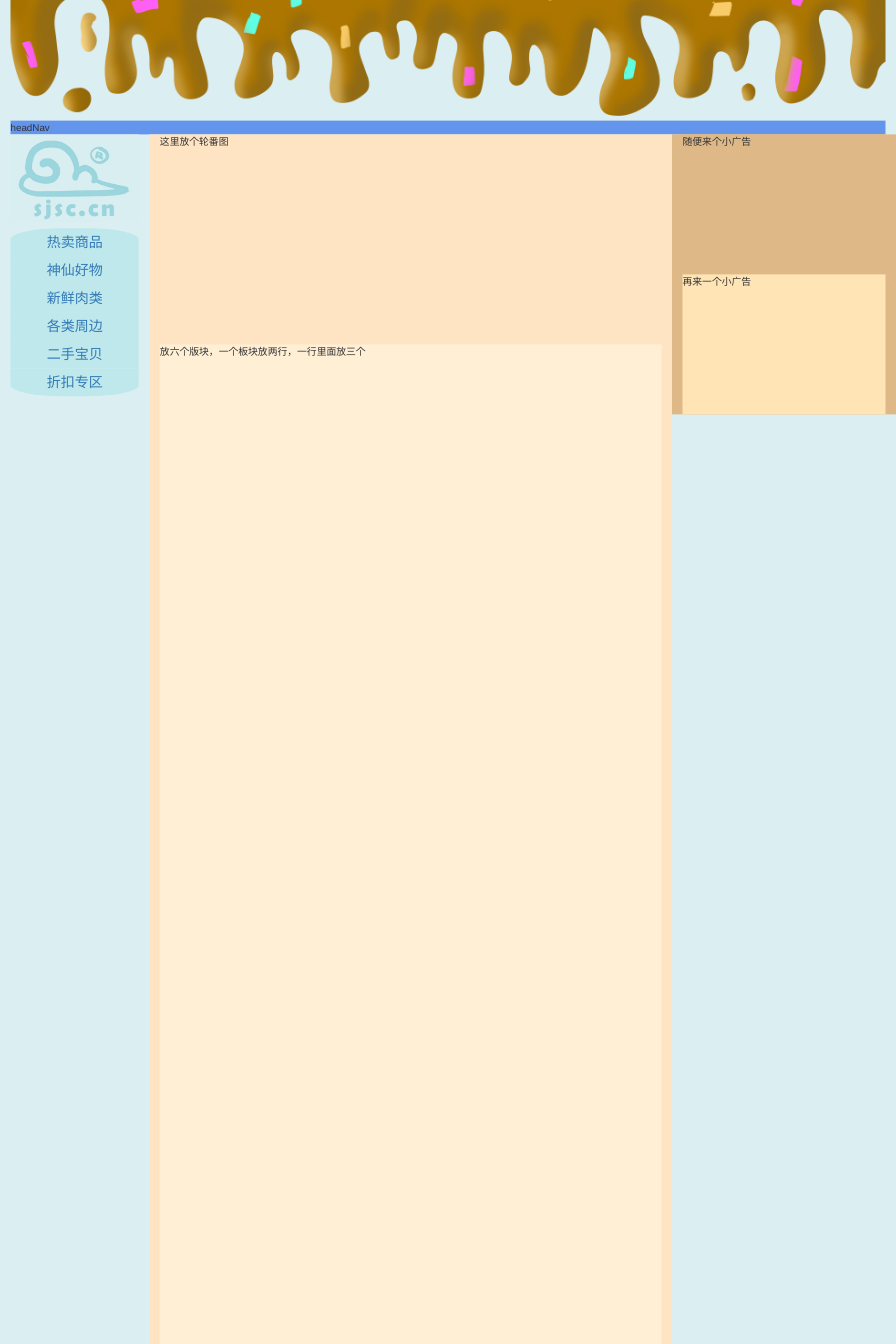
Repository: 15378517762/zxy
Page: html/index.html
These files come from the project's save history. The page is drawn as it stood at one moment and after the next save; the edit follows.
The browser window is 1280 px wide. The pictures show the part of the page from y = 0 to 1920 px (the page is 3392 px tall), at 70% of full size.

Above is the page before, as saved 2021-05-28 21:32:05.

### html/index.html
<!DOCTYPE html>
<html lang="en">
<head>
	<meta charset="UTF-8">
	<meta name="viewport" content="width=device-width, initial-scale=1.0">
	<title>Document</title>

	<!--[if lt IE 9]>
      <script src="https://cdn.jsdelivr.net/npm/html5shiv@3.7.3/dist/html5shiv.min.js"></script>
      <script src="https://cdn.jsdelivr.net/npm/respond.js@1.4.2/dest/respond.min.js"></script>
    <![endif]-->

	<link rel="stylesheet" href="../bootstrap/css/bootstrap.min.css">
	<script src="../js/jquery-3.6.0.min.js"></script>
	<link rel="stylesheet" href="../css/index.css">
	<link rel="icon" href="../img/logo.jpg">
</head>
<body>
	<div class="container">
		<img src="../img/headpic.png" class="headpic" alt="">

		<div class="headNav">headNav</div>
		<div class="row">
			<header class="col-md-2">
				<div class="logo">
					<img src="../img/logo2.jpg" alt="">
				</div>
				<div class="sideNav">
					<ul>
						<li><a href="">热卖商品</a></li>
						<li><a href="">神仙好物</a></li>
						<li><a href="">新鲜肉类</a></li>
						<li><a href="">各类周边</a></li>
						<li><a href="">二手宝贝</a></li>
						<li><a href="">折扣专区</a></li>
					</ul>
				</div>
			</header>

			<article class="col-md-7">
				<div class="lunfan">这里放个轮番图</div>
				<div class="commodity">放六个版块，一个板块放两行，一行里面放三个</div>
			</article>

			<aside class="col-md-3">
				<div class="ad1">随便来个小广告</div>
				<div class="ad2">再来一个小广告</div>
			</aside>
		</div>

		<div class="footer">放个底图</div>
	</div>


</body>
</html>

### css/index.css
@media screen and (min-width: 1280px) {
    .container {
        width: 1280px;
    }
}

body {
    background-color: #dbeff2;
}

.headNav {
    background-color: cornflowerblue;
}

.sideNav ul {
    padding: 0;
}

.sideNav li{
    height: 40px;
    list-style-type: none;
    background-color: rgb(190, 232, 235);
    text-align: center;
}

.sideNav li:hover {
    cursor: pointer;
}

.sideNav ul :nth-child(1):hover {
    background-color: rgb(103, 151, 255);
}

.sideNav ul :nth-child(2):hover {
    background-color: rgb(121, 163, 255);
}

.sideNav ul :nth-child(3):hover {
    background-color: rgb(151, 184, 255);
}

.sideNav ul :nth-child(4):hover {
    background-color: rgb(181, 204, 255);
}

.sideNav ul :nth-child(5):hover {
    background-color: rgb(199, 216, 252);
}

.sideNav ul :nth-child(6):hover {
    background-color: rgb(214, 227, 255);
}
.sideNav li a {
    font-size: 20px;
    line-height: 40px;
    text-align: center;
    text-decoration: none;
}

.sideNav ul :nth-child(1) {
    margin-top: 10px;
    border-radius: 40% 40% 0 0;
}

.sideNav ul :nth-last-child(1) {
    border-radius: 0 0 40% 40%;
}

.headpic {
    width: 100%;
}

.logo img {
    width: 100%;
}

article {
    background-color: bisque;
}

.lunfan {
    height: 300px;
}

.commodity {
    height: 2800px;
    background-color: papayawhip;
}

aside {
    background-color: burlywood;
}

.ad1 {
    height: 200px;
    background-color: burlywood;
}

.ad2 {
    height: 200px;
    background-color: moccasin;
}

.footer {
    height: 100px;
    background-color: peachpuff;
}

Loaded but not shown: bootstrap/css/bootstrap.min.css (library); js/jquery-3.6.0.min.js (library)

After the next save:
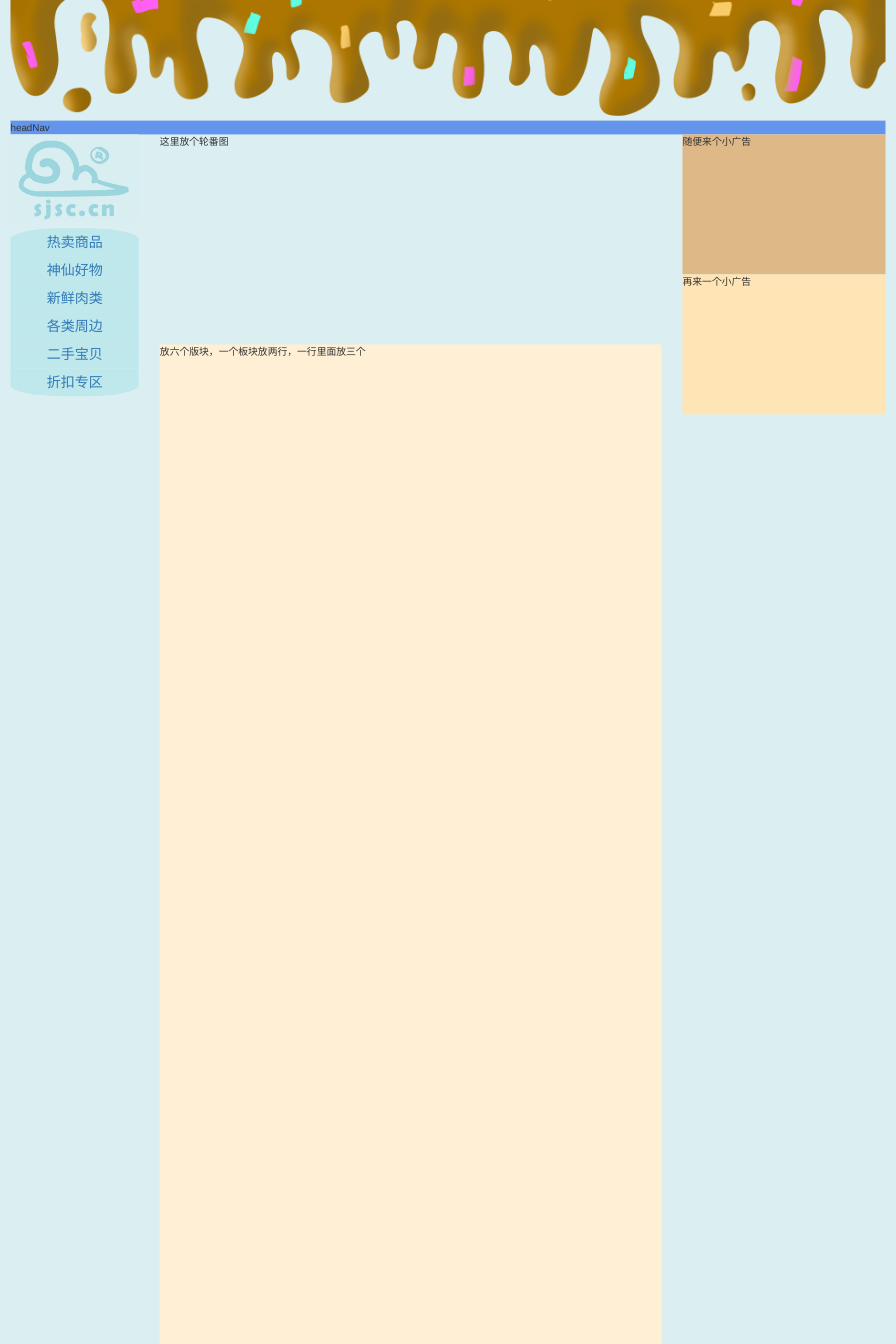
Saved 22 s later.
--- a/css/index.css
+++ b/css/index.css
@@ -74,9 +74,9 @@
     width: 100%;
 }
 
-article {
+/* article {
     background-color: bisque;
-}
+} */
 
 .lunfan {
     height: 300px;
@@ -86,10 +86,10 @@
     height: 2800px;
     background-color: papayawhip;
 }
-
+/*
 aside {
     background-color: burlywood;
-}
+} */
 
 .ad1 {
     height: 200px;
